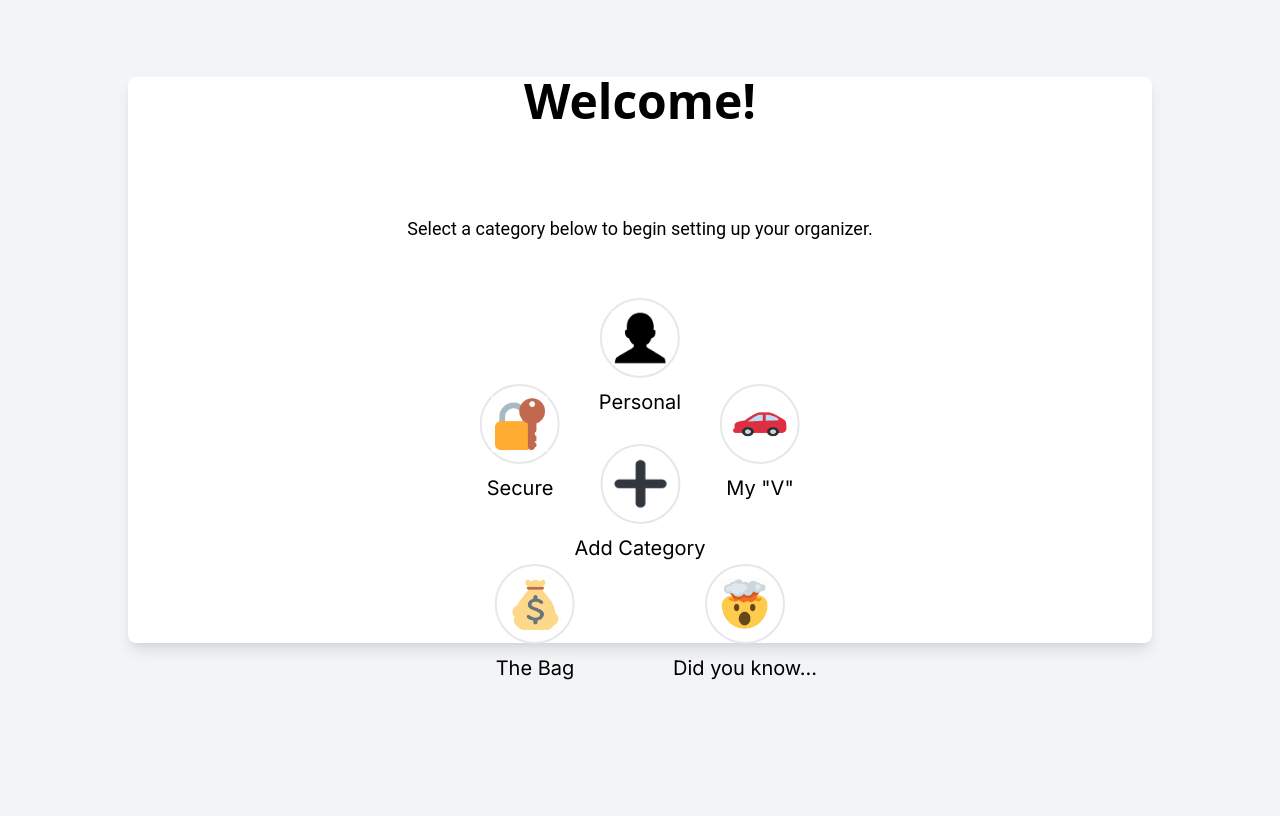
Repository: MercyB19/Russaw_Mercy_Adulting-101_Capstone
Page: page2.html
The author's editor kept a copy of each file at every save. The page is drawn from the files as they stood at one save, then again after the next save.
The browser window is 1280 px wide. The pictures show the whole page.
Some web fonts or font styles are not loaded; a fallback is used.

Above is the page before, as saved 2024-07-23 14:43:45.

### page2.html
<!DOCTYPE html>
<html lang="en">

<head>
  <meta charset="UTF-8">
  <meta name="viewport" content="width=device-width, initial-scale=1.0">
  <title>Adulting 101</title>
  <link href="https://cdn.jsdelivr.net/npm/tailwindcss@2.2.19/dist/tailwind.min.css" rel="stylesheet">
  <link rel="stylesheet" href="https://fonts.googleapis.com/css2?family=Balsamiq+Sans:wght@400;700&display=swap">
  <link rel="stylesheet" href="https://fonts.googleapis.com/css2?family=Inter:wght@400;500;600&display=swap">
  <link rel="stylesheet" href="https://fonts.googleapis.com/css2?family=Poppins:wght@500;700&display=swap">
  <style>
    .pentagon-layout { /*creates a more rounded layout*/
      position: relative;
      width: 300px;
      height: 300px;
      margin: 0 auto;
    }

    .pentagon-layout div {
      position: absolute;
      text-align: center;
    }

    .personal {
     top: -15%;
      padding-bottom: 300px;
      left: 50%;
      transform: translateX(-50%);
    }

    .secure {
      top: 50%;
      left: 10%;
      transform: translate(-50%, -50%);
    }

    .add-category {
      top: 70%;
      left: 50%;
      transform: translate(-50%, -50%);
    }

    .my-v {
      top: 50%;
      right: 10%;
      transform: translate(50%, -50%);
    }

    .the-bag {
      bottom: -10%;
      left: 15%;
      transform: translate(-50%, 50%);
    }

    .did-you-know {
      bottom: -10%;
      right: 15%;
      transform: translate(50%, 50%);
    }

    .icon-title {
      margin-top: 90px;
      margin-bottom: 100px; /* Adjust as necessary to position text below icons */
    }
  </style>
</head>

<body class="bg-gray-100 flex justify-center items-center min-h-screen">
  <div class="w-full max-w-screen-lg bg-white rounded-lg shadow-lg">
    <header class="text-center mb-6">
      <div class="text-5xl font-bold text-">Welcome!</div>
    </header>
    <div class="text-center mb-8">
      <p class="icon-title text-lg" style="font-family: 'Roboto', sans-serif;">Select a category below to begin setting up your organizer.</p>
    </div>
    <div class="pentagon-layout">
      <div class="personal flex flex-col items-center">
        <div class="w-20 h-20  flex justify-center items-center bg-white border-2  rounded-full mb-2">
          <img src="Images/Person_personal_img.png" alt="Personal" class="w-14 h-13">
        </div>
        <p class="icon-title text-xl" style="font-family: 'Inter', sans-serif;">Personal</p>
      </div>
      <div class="secure flex flex-col items-center">
        <div class="w-20 h-20 flex justify-center items-center bg-white border-2 rounded-full mb-2">
          <img src="Images/Secure_icon_img.png" alt="Secure" class="w-14 h-14">
        </div>
        <p class="icon-title text-xl" style="font-family: 'Inter', sans-serif;">Secure</p>
      </div>
      <div class="add-category flex flex-col items-center">
        <div class="w-20 h-20 flex justify-center items-center bg-white border-2 rounded-full mb-2">
          <img src="Images/Add_new_img.png" alt="Add Category" class="w-14 h-13">
        </div>
        <p class="icon-title text-xl" style="font-family: 'Inter', sans-serif;">Add Category</p>
      </div>
      <div class="my-v flex flex-col items-center">
        <div class="w-20 h-20 flex justify-center items-center bg-white border-2  rounded-full mb-2">
          <img src="Images/My_V_img.png" alt="My V" class="w-14 h-15">
        </div>
        <p class="icon-title text-xl" style="font-family: 'Inter', sans-serif;">My "V"</p>
      </div>
      <div class="the-bag flex flex-col items-center">
        <div class="w-20 h-20 flex justify-center items-center bg-white border-2 rounded-full mb-2">
          <img src="Images/The_bag_icon_img.png" alt="The Bag" class="w-13 h-14">
        </div>
        <p class="icon-title text-xl" style="font-family: 'Inter', sans-serif;">The Bag</p>
      </div>
      <div class="did-you-know flex flex-col items-center">
        <div class="w-20 h-20 flex justify-center items-center bg-white border-2 rounded-full mb-2">
          <img src="Images/did_you_know_icon.png" alt="Did you know" class="w-12 h-13">
        </div>
        <p class="icon-title text-xl" style="font-family: 'Inter', sans-serif;">Did you know...</p>
      </div>
    </div>
  </div>
</body>

</html>

After the next save:
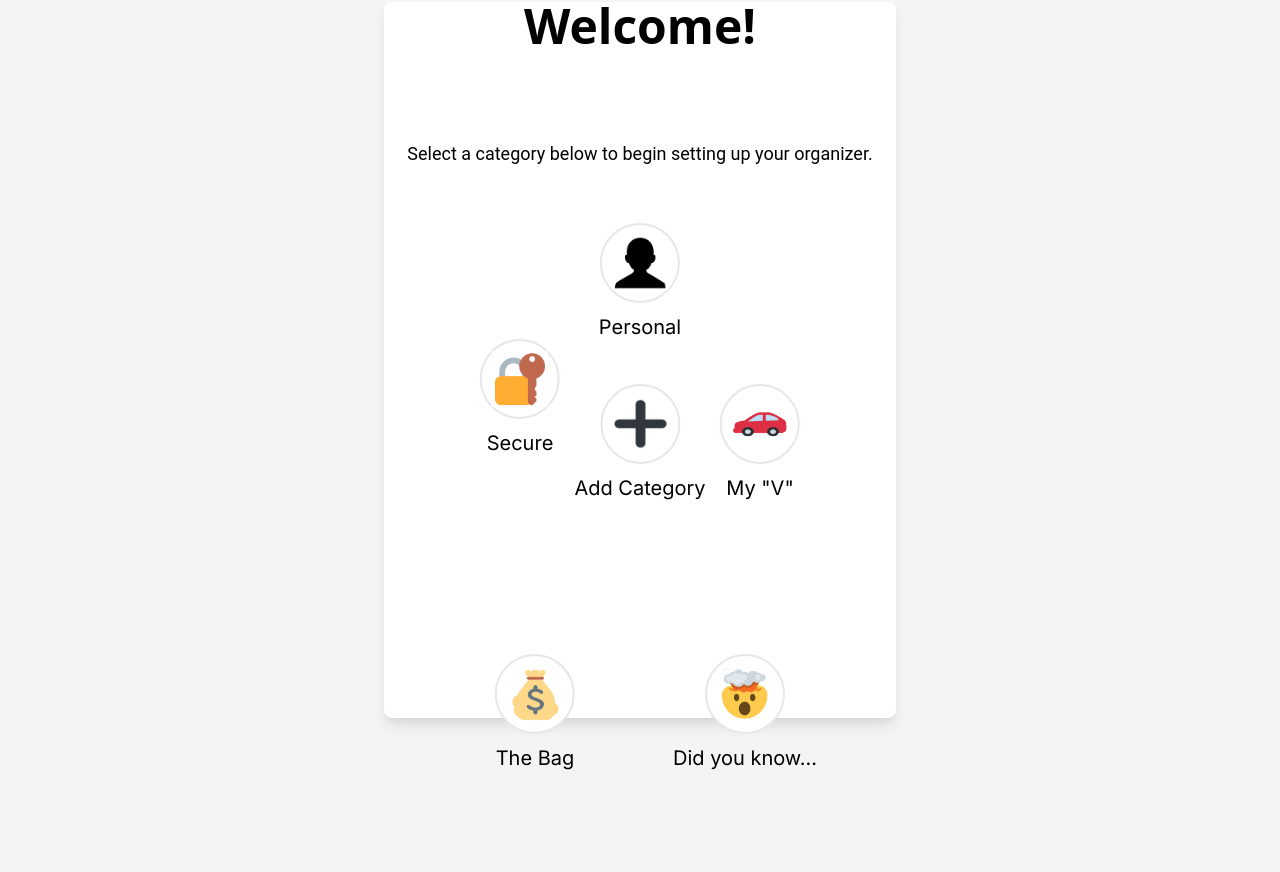
Saved 105 min 17 s later.
--- a/page2.html
+++ b/page2.html
@@ -10,10 +10,10 @@
   <link rel="stylesheet" href="https://fonts.googleapis.com/css2?family=Inter:wght@400;500;600&display=swap">
   <link rel="stylesheet" href="https://fonts.googleapis.com/css2?family=Poppins:wght@500;700&display=swap">
   <style>
-    .pentagon-layout { /*creates a more rounded layout*/
+    .pentagon-layout {
       position: relative;
       width: 300px;
-      height: 300px;
+      height: 450px;
       margin: 0 auto;
     }
 
@@ -23,20 +23,19 @@
     }
 
     .personal {
-     top: -15%;
-      padding-bottom: 300px;
+      top: -10%;
       left: 50%;
       transform: translateX(-50%);
     }
 
     .secure {
-      top: 50%;
+      top: 40%;
       left: 10%;
       transform: translate(-50%, -50%);
     }
 
     .add-category {
-      top: 70%;
+      top: 50%;
       left: 50%;
       transform: translate(-50%, -50%);
     }
@@ -67,7 +66,7 @@
 </head>
 
 <body class="bg-gray-100 flex justify-center items-center min-h-screen">
-  <div class="w-full max-w-screen-lg bg-white rounded-lg shadow-lg">
+  <div class="w-full max-w-lg bg-white rounded-lg shadow-lg">
     <header class="text-center mb-6">
       <div class="text-5xl font-bold text-">Welcome!</div>
     </header>
